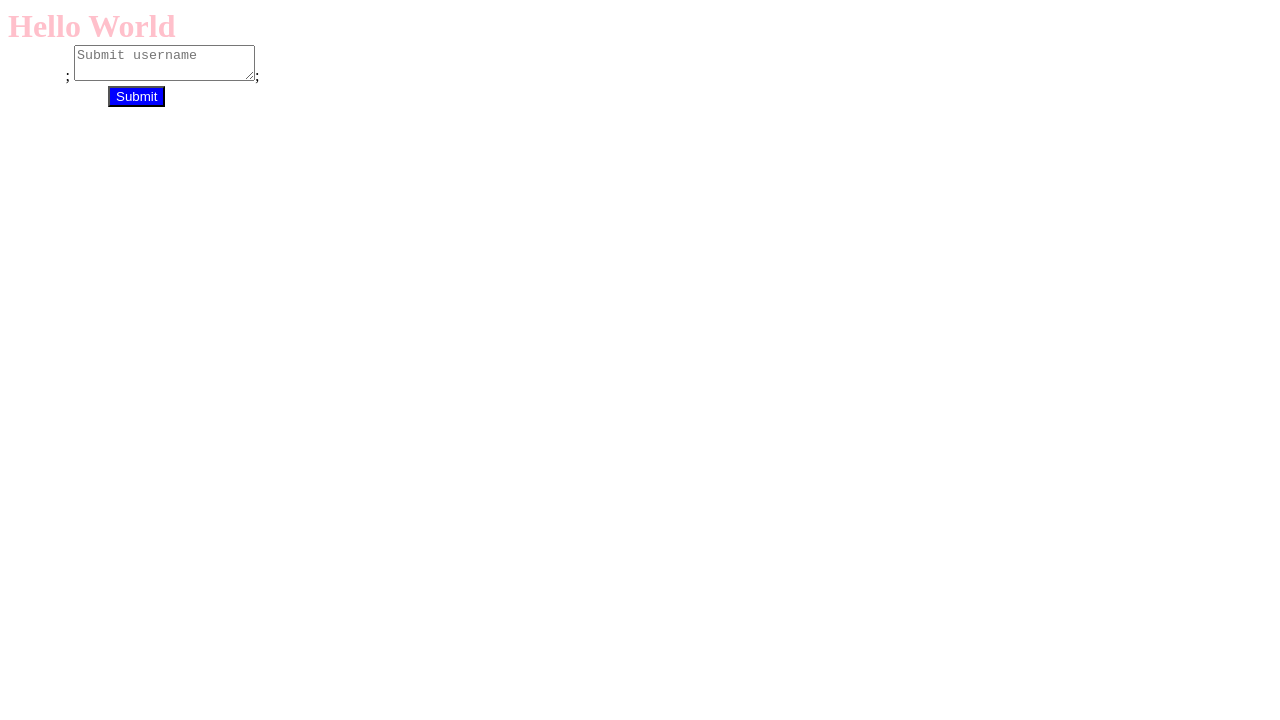
Repository: Flamemaster921/Feature-Showcase
Page: Index/firstPage/Website.html
These files come from the project's save history. The page is drawn as it stood at one moment and after the next save; the edit follows.
The browser window is 1280 px wide. The pictures show the whole page.

Above is the page before, as saved 2025-12-15 01:50:34.

### Index/firstPage/Website.html
<!DOCTYPE html>
<html lang="en">
<head>
    <meta charset="UTF-8">
    <meta name="viewport" content="width=device-width, initial-scale=1.0">
    <title>New Start</title>
    <link rel="stylesheet" href="Design.css">
    <script src="System.js" defer></script>
</head>
<body>
    <h1 class="titleCard">Hello World</h1>

    <button id="submitButton" class="primary-btn">Submit</button>;

    <textarea id="usernameBox" class="text-input" placeholder="Submit username"></textarea>;
</body>

### Index/firstPage/Design.css
.titleCard {
    display: block;
    color: pink;
    margin: 0 auto;
}

.primary-btn {
  background-color: blue;
  color: white;

  position: relative;
  top: 20px;
  left: 100px;
}

### Index/firstPage/System.js
//Submit username
const textarea = document.getElementById("usernameBox");
const button = document.getElementById("submitButton");

button.addEventListener("click", () => {
    textarea.value = "";
});

After the next save:
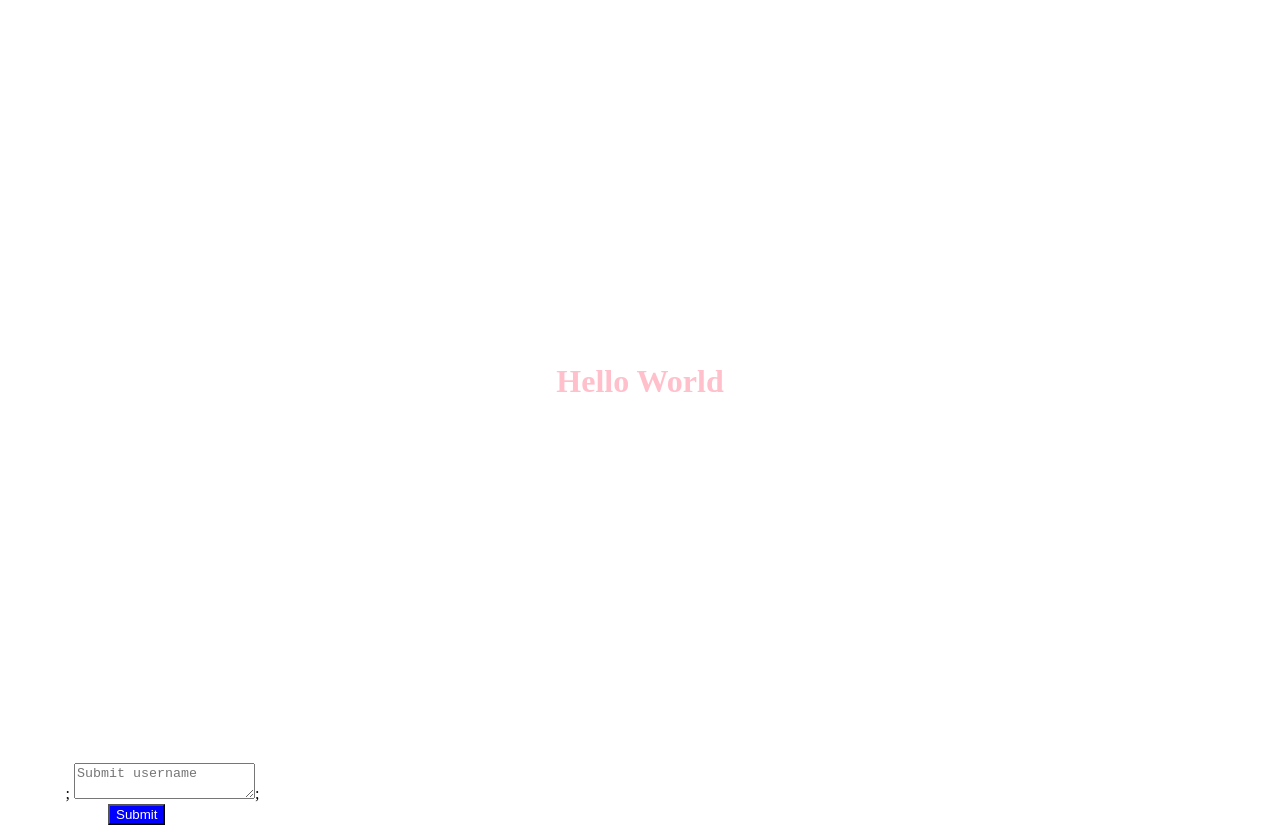
Saved 20 s later.
--- a/Index/firstPage/Design.css
+++ b/Index/firstPage/Design.css
@@ -1,7 +1,10 @@
 .titleCard {
-    display: block;
+    display: flex;
+    justify-content: center;
+    align-items: center;
+    height: 100vh;
     color: pink;
-    margin: 0 auto;
+
 }
 
 .primary-btn {

After the save that followed:
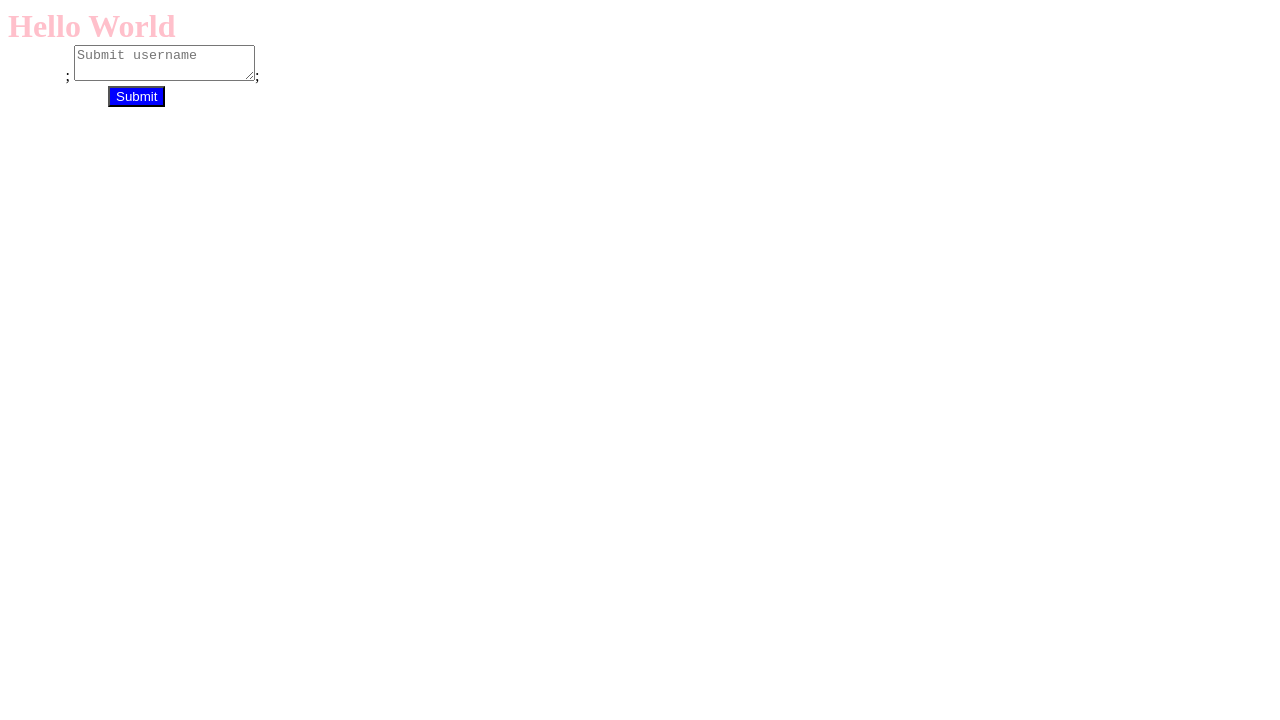
Saved 25 s later.
--- a/Index/firstPage/Design.css
+++ b/Index/firstPage/Design.css
@@ -1,10 +1,7 @@
 .titleCard {
-    display: flex;
-    justify-content: center;
-    align-items: center;
-    height: 100vh;
+    position: relative;
     color: pink;
-
+    margin: 0 auto;
 }
 
 .primary-btn {
